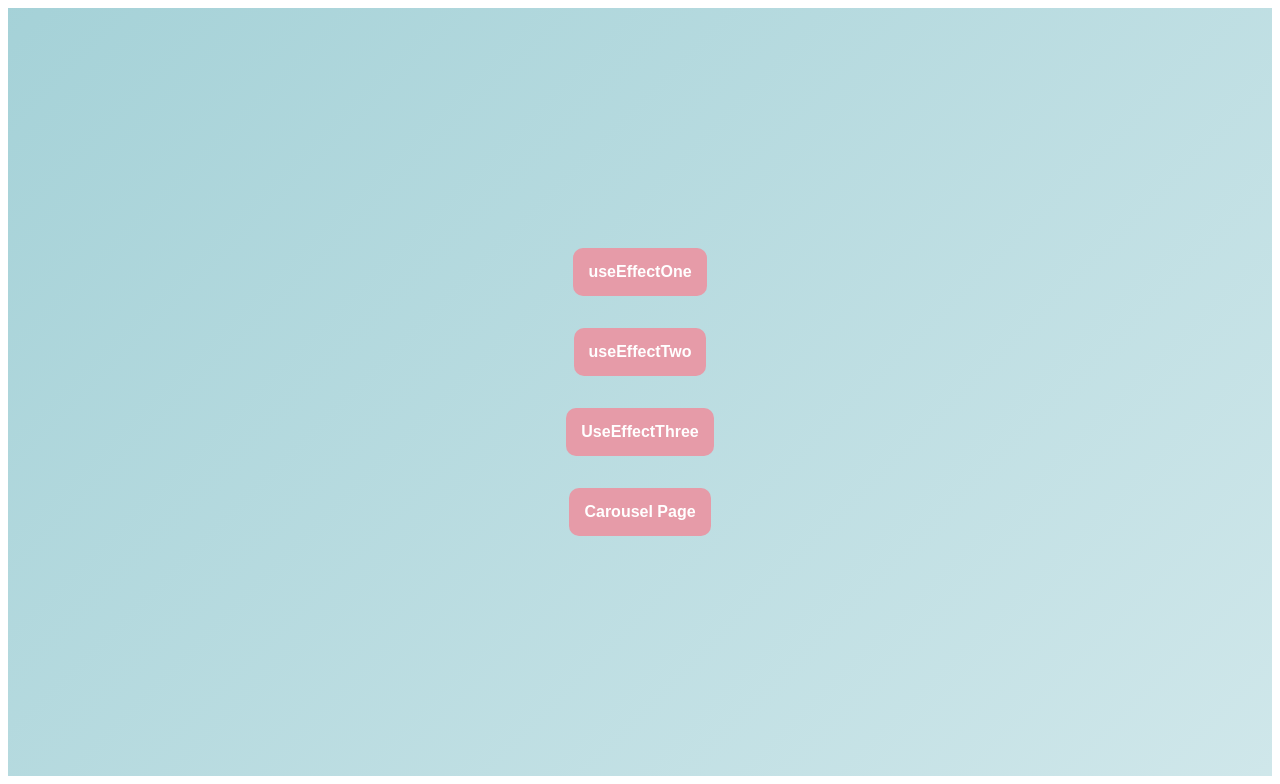
Repository: jjennbui/class8
Page: /
An editor plug-in stored every save of this project. The page is shown before and after the next save, followed by the edit.
The browser window is 1280 px wide. The pictures show the whole page.
The project was rebuilt for these pictures with package versions that can differ from the ones it lists, and the page was loaded fresh each time. The framework's server and built-in components were replaced by stand-ins that run in the browser. Also part of the build but not shown: next.config.js.

Above is the page before, as saved 2023-02-20 17:46:16.

After the next save:
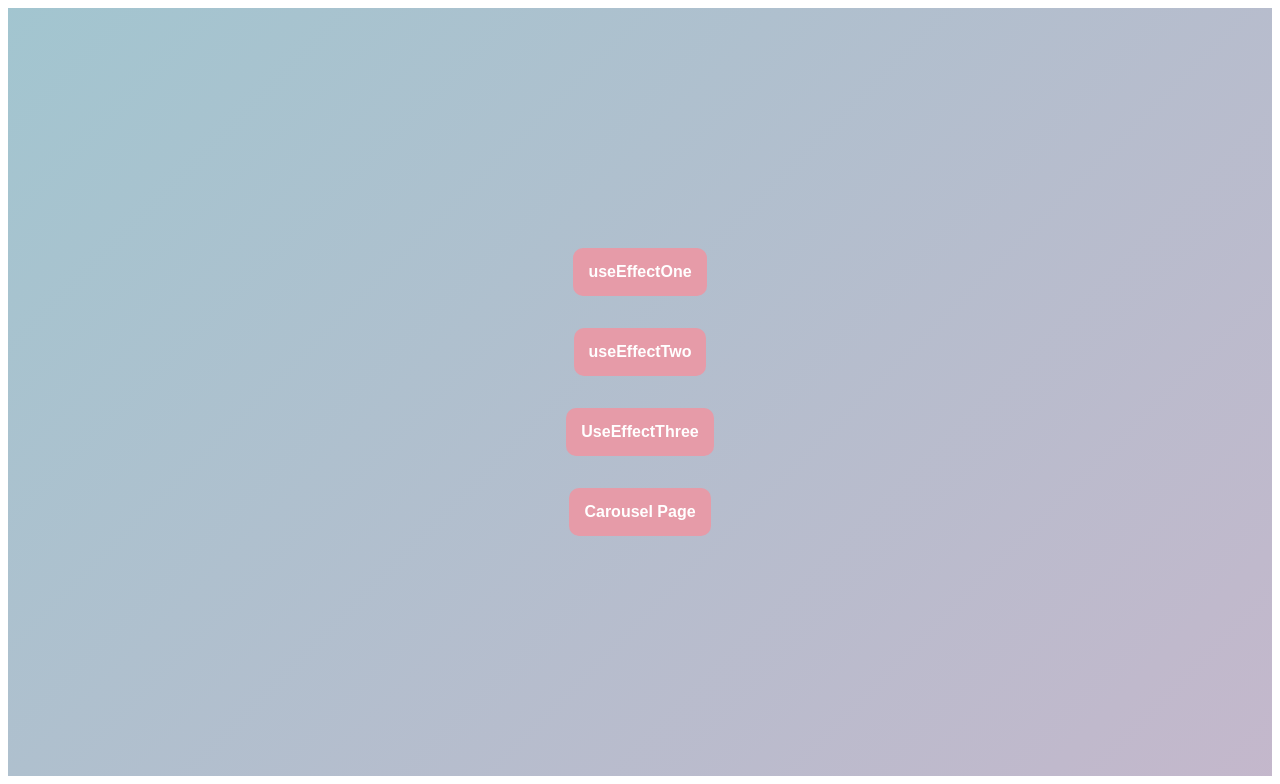
Saved 11 s later.
--- a/styles/Home.module.css
+++ b/styles/Home.module.css
@@ -6,7 +6,7 @@
   align-items: center;
   padding: 15rem;
   min-height: 40vh;
-  background: linear-gradient(-45deg, #ffffff, #96cad1, #ce96d7);
+  background: linear-gradient(-45deg, #eaa8c7, #96cad1, #ce96d7);
   background-size: 500% 500%;
   animation: gradient-bg 20s ease infinite;
 
